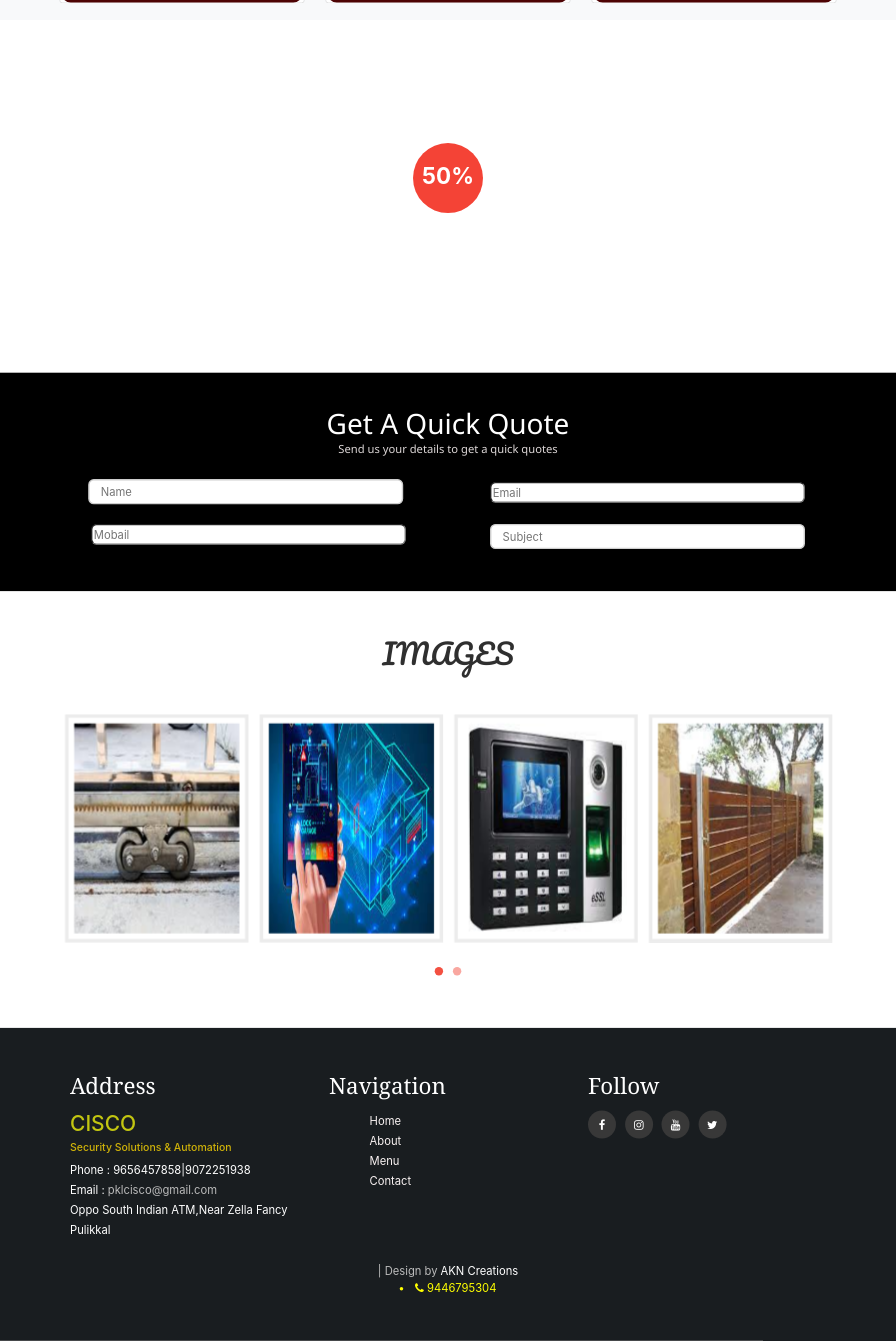
Repository: Nuhman123/Cisco
Page: index.html
These files come from the project's save history. The page is drawn as it stood at one moment and after a run of saves; the edit follows.
The browser window is 1280 px wide. The pictures show the part of the page from y = 1888 to 3808 px (the page is 3804 px tall before and 3808 px after), at 70% of full size.

Above is the page before, as saved 2021-04-10 16:23:31.

### index.html
<!--A Design by W3layouts
Author: W3layout
Author URL: http://w3layouts.com
License: Creative Commons Attribution 3.0 Unported
License URL: http://creativecommons.org/licenses/by/3.0/
-->
<!DOCTYPE html>
<html lang="en">
<head>
<title>CISCO security solutions & automation</title>
<meta name="viewport" content="width=device-width, initial-scale=1">
<meta http-equiv="Content-Type" content="text/html; charset=utf-8" />
<meta name="keywords" content="Royal Recipes Responsive web template, Bootstrap Web Templates, Flat Web Templates, Android Compatible web template,
Smartphone Compatible web template, free webdesigns for Nokia, Samsung, LG, SonyEricsson, Motorola web design" />
<script type="application/x-javascript"> addEventListener("load", function() { setTimeout(hideURLbar, 0); }, false); function hideURLbar(){ window.scrollTo(0,1); } </script>
<!-- bootstrap-css -->
<link href="css/bootstrap.css" rel="stylesheet" type="text/css" media="all" />
<!--// bootstrap-css -->
<!-- css -->
<link rel="stylesheet" href="css/style.css" type="text/css" media="all" />
<!--// css -->
<link rel="stylesheet" href="css/owl.carousel.css" type="text/css" media="all">
<link href="css/owl.theme.css" rel="stylesheet">
<!-- font-awesome icons -->
<link href="css/font-awesome.css" rel="stylesheet">
<!-- //font-awesome icons -->
<!-- font -->
<link href='//fonts.googleapis.com/css?family=Pacifico' rel='stylesheet' type='text/css'>
<link href='//fonts.googleapis.com/css?family=Open+Sans+Condensed:300,300italic,700' rel='stylesheet' type='text/css'>
<!-- //font -->
<script src="js/jquery-1.11.1.min.js"></script>
<script src="js/bootstrap.js"></script>
<script src="https://maxcdn.bootstrapcdn.com/bootstrap/4.0.0/js/bootstrap.min.js" integrity="sha384-JZR6Spejh4U02d8jOt6vLEHfe/JQGiRRSQQxSfFWpi1MquVdAyjUar5+76PVCmYl" crossorigin="anonymous"></script>
<link rel="stylesheet" href="https://maxcdn.bootstrapcdn.com/bootstrap/4.0.0/css/bootstrap.min.css" integrity="sha384-Gn5384xqQ1aoWXA+058RXPxPg6fy4IWvTNh0E263XmFcJlSAwiGgFAW/dAiS6JXm" crossorigin="anonymous">
<!-- light-box -->
<link rel="stylesheet" href="css/lightbox.css">
<!-- //light-box -->
<script src="js/SmoothScroll.min.js"></script>
<!--search jQuery-->
<script src="js/main.js"></script>
<!--//search jQuery-->
<script type="text/javascript">
	jQuery(document).ready(function($) {
		$(".scroll").click(function(event){
			event.preventDefault();
			$('html,body').animate({scrollTop:$(this.hash).offset().top},1000);
		});
	});
</script>

<script>
$(document).ready(function() {
	$("#owl-demo").owlCarousel({

		autoPlay: 3000, //Set AutoPlay to 3 seconds
		autoPlay:true,
		items : 4,
		itemsDesktop : [640,5],
		itemsDesktopSmall : [414,4]

	});

});
</script>
</head>
<body>
	<header class="header-1">
		<div class="container">
			<div class="row">
		<div class="col-xs-3">
			<img src="images/csc0log.png">
		</div>
		<div class="col-xs-5">
			<h1>CISCO</h1>
			<p>Security Solutions & Automation</p>
		</div>
		<div class="col-xs-4">
		<nav class="navbar navbar-expand-lg navbar-light">
			<button style="background-color:white;margin-top: 18px;" class="navbar-toggler" type="button" data-toggle="collapse" data-target="#navbarNavAltMarkup" aria-controls="navbarNavAltMarkup" aria-expanded="false" aria-label="Toggle navigation">
			  <span class="navbar-toggler-icon"></span>
			</button>
			<div class="collapse navbar-collapse" id="navbarNavAltMarkup" style="background-color: rgb(5, 7, 6);margin-top: 17px;">
			  <div class="navbar-nav text-center">
				<a class="nav-item nav-link active" href="index.html" style="color: white;">Home <span class="sr-only">(current)</span></a>
				<a class="nav-item nav-link" href="#services" style="color: white;">Services</a>
				<a class="nav-item nav-link" href="menu.html" style="color: white;z-index: 10;">Menu</a>
				<a class="nav-item nav-link" href="about.html" style="color: white;z-index: 10;">About</a>
				<a class="nav-item nav-link" href="contact.html" style="color: white;z-index: 10;">Condact</a>
			  </div>
			</div>
		  </nav>
		</div>
			</div>
		</div>
	</header>
	<!-- banner -->
	<div class="banner">
		<div class="header">
			<div class="container">
				<div class="logo">

				</div>
				<div class="clearfix"> </div>
			</div>
		</div>
		<div class="banner-slider">
			<div class="container">
				<div class="slider">
					<div class="callbacks_container">
						<ul class="rslides callbacks callbacks1" id="slider4">
							<li>
								<div class="agileits-banner-info">
									<img src="images/csc0log.png">
									<h3>CISCO</h3>
									<h5>Security Solutions & Automation</h5>
									<p>CCTV Installation,EPBAX,Home Automation,Automatic Gate,Video Door Phone,Access Control System,Security Alarm System,Solar System,Biometric AttendanceSystem</p>
									<a href="#services">Services</a>

								</div>
							</li>
							<li>
								<div class="agileits-banner-info">
									<h3>CCTV<br> Installation</h3>
									<p>CCTV Installation,EPBAX,Home Automation,Automatic Gate,Video Door Phone,Access Control System,Security Alarm System,Solar System,Biometric AttendanceSystem</p>
									<a href="#services">Services</a>

								</div>
							</li>
							<li>
								<div class="agileits-banner-info">
									<img src="images/csc0log.png">
									<h3>CISCO</h3>
									<p>CCTV Installation,EPBAX,Home Automation,Automatic Gate,Video Door Phone,Access Control System,Security Alarm System,Solar System,Biometric AttendanceSystem</p>
									<a href="#services">Services</a>
								</div>
							</li>
						</ul>
						<div class="social text-center">
							<ul>
								<li><a href="https://www.facebook.com/cisco_security_solutions-101064504984043/"><i class="fa fa-facebook"></i></a></li>
								<li><a href="https://www.instagram.com/cisco_security_solutions?r=nametag"><i class="fa fa-instagram"></i></a></li>
								<li><a href="https://youtube.com/channel/UCSI_CHHL5nW7fggODaksUw"><i class="fa fa-youtube"></i></a></li>
								<li><a href="https://twitter.com"><i class="fa fa-twitter"></i></a></li>
							</ul>
						</div>
					</div>
					<script src="js/responsiveslides.min.js"></script>
					<script>
						// You can also use "$(window).load(function() {"
						$(function () {
						  // Slideshow 4
						  $("#slider4").responsiveSlides({
							auto: true,
							pager:true,
							nav:false,
							speed: 500,
							namespace: "callbacks",
							before: function () {
							  $('.events').append("<li>before event fired.</li>");
							},
							after: function () {
							  $('.events').append("<li>after event fired.</li>");
							}
						  });

						});
					 </script>
					<!--banner Slider starts Here-->
				</div>
			</div>
		</div>
	</div>
	<!-- banner -->
	<!-- services -->
	<section class="bg-light p-4 mt-5" id="services">
		<div class="container">
		  <h1 class="services text-center">Our Services</h1>
		  <div class="row">
			<div class="col-lg-4 col-md-6 pt-3">
			  <div class="card text-center">
				<div class="card-body">
				  <h5 class="card-title">CCTV Installation</h5>
				  <p class="card-text">
					CCTV systems may operate continuously or only as required to monitor a particular event. A more advanced form of CCTV, using digital video recorders (DVRs), provides recording for possibly many years, with a variety of quality and performance options and extra features (such as motion detection and email alerts).
					</p>
				</div>
			  </div>
			</div>
			<div class="col-lg-4 col-md-6 pt-3">
			  <div class="card text-center ">

				<div class="card-body">
				  <h5 class="card-title">EPBAX</h5>
				  <p class="card-text">EPABX stands for Electronic Private Automatic Branch Exchange which is a private telephone network used by the organizations and the companies for various types of communication, either between the employees or outside the clients.</p>
				</div>
			  </div>
			</div>
			<div class="col-lg-4 col-md-6 pt-3">
			  <div class="card text-center ">

				<div class="card-body">
				  <h5 class="card-title">Home Automation</h5>
				  <p class="card-text"> home automation system integrates all the electrical devices in the house with each other, it includes centralized control of lighting, HVAC(Heat, ventilation and air conditioning) appliances, security locks and other systems to improve comfort, conveniences, security and energy efficiency.</p>
				</div>
			  </div>
			</div>
			<div class="col-lg-4 col-md-6 pt-3">
			  <div class="card text-center">
				<div class="card-body">
				  <h5 class="card-title">Automatic Gate</h5>
				  <p class="card-text"></p>
				</div>
			  </div>
			</div>
			<div class="col-lg-4 col-md-6  pt-3">
			  <div class="card text-center">
				<div class="card-body">
				  <h5 class="card-title">Video Door Phone</h5>
				  <p class="card-text">video door phone lets you see and communicate with the visitor without being physically present on the door. After knowing the purpose of visit and if required, you can choose to open the door or keep it closed. So, the video door phone is a great system to ensure the safety and security of your family and home.</p>
				</div>
			  </div>
			</div>
			<div class="col-lg-4 col-md-6  pt-3">
			  <div class="card text-center ">
				<div class="card-body">
				  <h5 class="card-title">Access Control System</h5>
				  <p class="card-text"></p>
				</div>
			  </div>
			</div>
			<div class="col-lg-4 col-md-6  pt-3">
				<div class="card text-center ">
				  <div class="card-body">
					<h5 class="card-title">Security Alarm System</h5>
					<p class="card-text"></p>
				  </div>
				</div>
			  </div>
			  <div class="col-lg-4 col-md-6  pt-3">
				<div class="card text-center ">
				  <div class="card-body">
					<h5 class="card-title">Solar System</h5>
					<p class="card-text">The Solar System is made up of all the planets that orbit our Sun. In addition to planets, the Solar System also consists of moons, comets, asteroids, minor planets, dust and gas. The inner solar system contains the Sun, Mercury, Venus, Earth and Mars. ... Everything in the Solar System orbits or revolves around the Sun.</p>
				  </div>
				</div>
			  </div>
			  <div class="col-lg-4 col-md-6  pt-3">
				<div class="card text-center ">
				  <div class="card-body">
					<h5 class="card-title">Biometric Attendance System</h5>
					<p class="card-text"></p>
				  </div>
				</div>
			  </div>
		  </div>
		</div>
	  </section>
	<!-- //services -->
	<!-- offer -->
	<div class="jarallax offer">
		<div class="container">
			<div class="w3l-offer-heading">
				<h3>Today Offers</h3>
			</div>
			<div class="w3ls-offer-slider">
				<div class="slider">
					<div class="callbacks_container">
						<ul class="rslides callbacks callbacks1" id="slider3">
							<li>
								<div class="agileinfo-offer-grid">
									<h4>45<span>%</span></h4>
									<h5>Pork Vindaloo</h5>
									<p>Quisque scelerisque rutrum nunc, eget hendrerit diam porta efficitur. Duis bibendum consequat est, sed efficitur arcu. Morbi viverra, leo sit amet vestibulum dignissim, tortor est dignissim dolor, eu accumsan est urna id felis. </p>
								</div>
							</li>
							<li>
								<div class="agileinfo-offer-grid">
									<h4>50%</h4>
									<h5>Phaal Curry</h5>
									<p>Vestibulum euismod porttitor interdum. Vivamus porta consectetur nulla porttitor hendrerit. Pellentesque ultrices augue ut nibh feugiat, nec egestas orci cursus. Sed vehicula quis erat sed lobortis. Curabitur eleifend sit amet.</p>
								</div>
							</li>
							<li>
								<div class="agileinfo-offer-grid">
									<h4>64%</h4>
									<h5>Laal Maas</h5>
									<p>Aenean volutpat auctor ultrices. Aliquam ac turpis ultrices, porta enim at, interdum velit. Ut ligula justo, sodales eu nisi a, molestie dictum leo. Sed blandit porta ante, at consequat nulla fermentum a. Donec aliquet tristique.</p>
								</div>
							</li>
						</ul>
					</div>
					<script>
						// You can also use "$(window).load(function() {"
						$(function () {
						  // Slideshow 4
						  $("#slider3").responsiveSlides({
							auto: true,
							pager:false,
							nav:false,
							speed: 500,
							namespace: "callbacks",
							before: function () {
							  $('.events').append("<li>before event fired.</li>");
							},
							after: function () {
							  $('.events').append("<li>after event fired.</li>");
							}
						  });

						});
					 </script>
					<!--banner Slider starts Here-->
				</div>
			</div>
			<script src="js/jarallax.js"></script>
		</div>
	</div>
	<!-- //offer -->
	<section class="form-quote">
		<div class="container">
		<div class="contact-form">
			<h3>Get A Quick Quote</h3>
			<p class="" >Send us your details to get a quick quotes</p>
			<form>
				<div class="row"align="center">
					<div class="col-xs-12 col-sm-12 col-md-12 col-lg-6">
						<input type="text" placeholder="Name" style="width: 450px;background: white;height: 30px;border-radius: 8px;">
					</div>
					<div class="col-xs-12 col-sm-12 col-md-12 col-lg-6">
						<input type="email" placeholder="Email" style="width: 450px;background: white;margin: 4px; height: 30px;border-radius: 8px;">
					</div>
					<div class="col-xs-12 col-sm-12 col-md-12 col-lg-6">
						<input type="tel" placeholder="Mobail" style="width: 450px;background: white;margin: 12px; height: 30px;border-radius: 8px;">
					</div>
					<div class="col-xs-12 col-sm-12 col-md-12 col-lg-6">
						<input type="text" placeholder="Subject" style="width: 450px;background: white;margin: 12px; height: 30px;border-radius: 8px;">
					</div>
				</div>
			  </form>
		</div>
			</div>
	</section>
	<!-- special -->
	<div class="special">
		<div class="container">
			<div class="wthree-special-heading">
				<h3>IMAGES</h3>
			</div>
			<div class="special-grids">
				<div id="owl-demo" class="owl-carousel owl-theme">
						<div class="item">
							<div class="w3-agileits-special-grid-info">
								<img src="images/289c9c264087cddc084383969cd6e19f.jpg" alt="" />
							</div>
						</div>
						<div class="item">
							<div class="w3-agileits-special-grid-info">
								<img src="images/ghy.jfif" alt="" />

							</div>
						</div>
						<div class="item">
							<div class="w3-agileits-special-grid-info">
								<img src="images/h automations.jfif" alt="" />

							</div>
						</div>
						<div class="item">
							<div class="w3-agileits-special-grid-info">
								<img src="images/bio2.jfif" alt="" />
							</div>
						</div>
						<div class="item">
							<div class="w3-agileits-special-grid-info">
								<img src="images/guf.jfif" alt="" />

							</div>
						</div>
						<div class="item">
							<div class="w3-agileits-special-grid-info">
								<img src="images/epbax.jpeg" alt="" />

							</div>
						</div>
						<div class="item">
							<div class="w3-agileits-special-grid-info">
								<img src="images/h automations.jfif4.jfif" alt="" />

							</div>
						</div>
						<div class="item">
							<div class="w3-agileits-special-grid-info">
								<img src="images/cctv3.jpg" alt="" />

							</div>
						</div>
				</div>
			</div>
		</div>
	</div>
	<!-- //special -->
	<!-- footer -->
	<div class="w3-agile-footer">
		<div class="container">
			<div class="footer-grids">
				<div class="col-md-4 footer-grid">
					<div class="footer-grid-heading">
						<h4>Address</h4>
					</div>
					<div class="footer-grid-info">
						<h1 class="">CISCO</h1>
					<h4 class="">Security Solutions & Automation</h4>
					</di>
					<p class="phone">Phone : 9656457858|9072251938
						<span>Email : <a href="pklcisco@gmail.com">pklcisco@gmail.com</a></span>
					</p>
					<p>Oppo South Indian ATM,Near Zella Fancy 	Pulikkal </p>
				</div>

				</div>
				<div class="col-md-4 footer-grid">
					<div class="footer-grid-heading">
						<h4>Navigation</h4>
					</div>
					<div class="footer-grid-info">
						<ul class="">
							<li><a href="index.html">Home</a></li>
							<li><a href="about.html">About</a></li>
							<li><a href="menu.html">Menu</a></li>
							<li><a href="contact.html">Contact</a></li>
						</ul>
					</div>
				</div>
				<div class="col-md-4 footer-grid">
					<div class="footer-grid-heading">
						<h4>Follow</h4>
					</div>
					<div class="social">
						<ul>
							<li><a href="https://www.facebook.com/cisco_security_solutions-101064504984043/"><i class="fa fa-facebook"></i></a></li>
							<li><a href="https://www.instagram.com/cisco_security_solutions?r=nametag"><i class="fa fa-instagram"></i></a></li>
							<li><a href="https://youtube.com/channel/UCSI_CHHL5nW7fggODaksUw"><i class="fa fa-youtube"></i></a></li>
							<li><a href="https://twitter.com"><i class="fa fa-twitter"></i></a></li>
						</ul>
					</div>
				<div class="clearfix"> </div>
			</div>
		</div>
	</div>
	<div class="agileits-w3layouts-copyright">
		<p>| Design by <a href=""> AKN Creations </a> </p>
		<li style="color: yellow;"><i  class="fa fa-phone" aria-hidden="true"></i> 9446795304</li>
	</div>
	</div>
	<!-- //footer -->
	<script src="js/owl.carousel.js"></script>
	<script type="text/javascript" src="js/move-top.js"></script>
	<script type="text/javascript" src="js/easing.js"></script>
	<!-- here stars scrolling icon -->
	<script type="text/javascript">
		$(document).ready(function() {
			/*
				var defaults = {
				containerID: 'toTop', // fading element id
				containerHoverID: 'toTopHover', // fading element hover id
				scrollSpeed: 1200,
				easingType: 'linear'
				};
			*/

			$().UItoTop({ easingType: 'easeOutQuart' });

			});
	</script>
<!-- //here ends scrolling icon -->
<script type="text/javascript">
			/* init Jarallax */
			$('.jarallax').jarallax({
				speed: 0.5,
				imgWidth: 1366,
				imgHeight: 768
			})
		</script>
</body>
</html>

Loaded but not shown: css/bootstrap.css (library); css/owl.carousel.css (common file); css/owl.theme.css (common file); css/font-awesome.css (library); js/jquery-1.11.1.min.js (library); js/bootstrap.js (library); css/lightbox.css (library); js/SmoothScroll.min.js (library); js/responsiveslides.min.js (library); js/owl.carousel.js (library); js/jarallax.js (433 lines, source omitted); js/easing.js (140 lines, source omitted); js/main.js (100 lines, source omitted); js/move-top.js (5 lines, source omitted); css/style.css (2111 lines, source omitted)

After the next 3 saves:
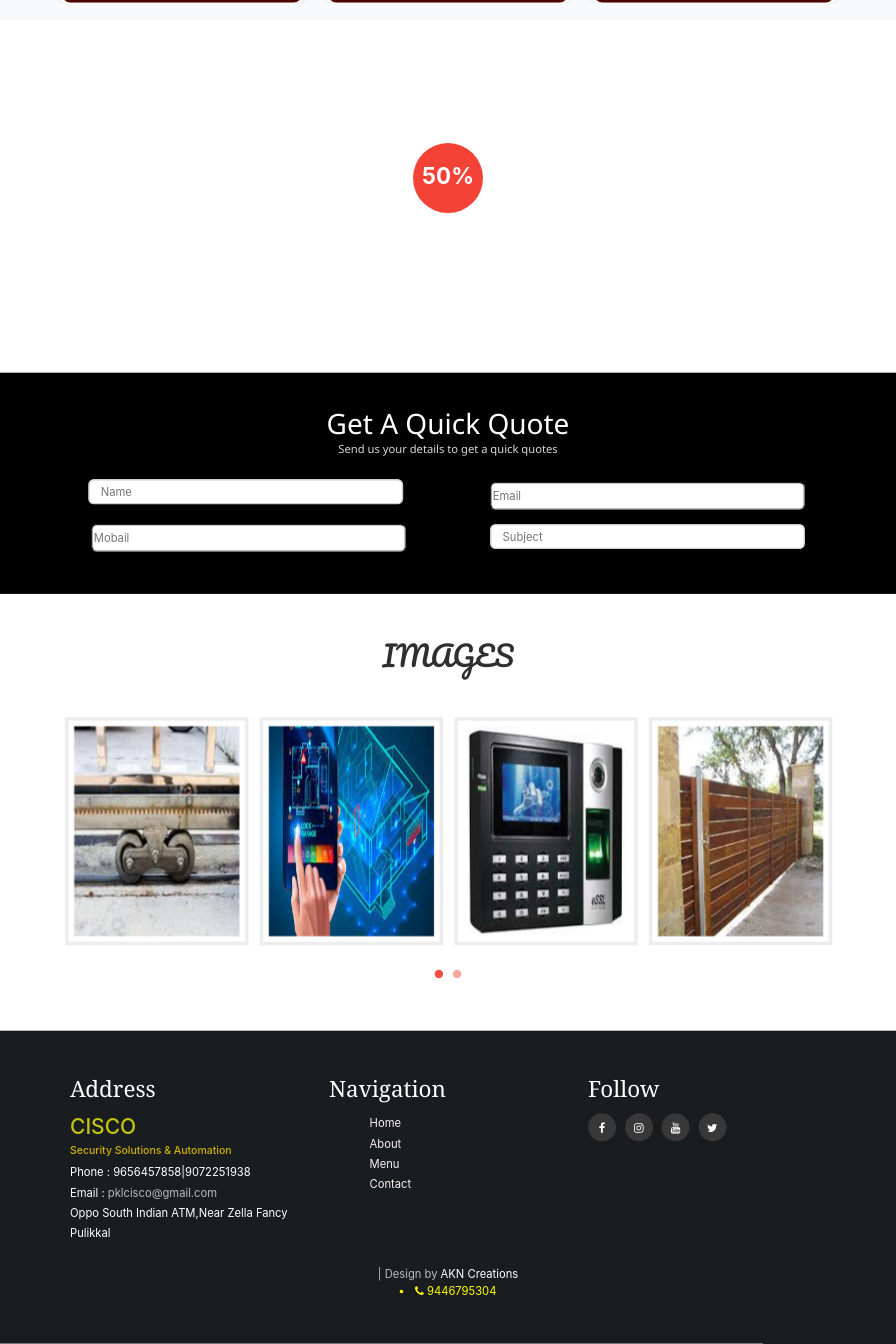
The 3 saves are shown as one change because they came seconds apart.
The last was saved 18 s later.
--- a/index.html
+++ b/index.html
@@ -327,10 +327,10 @@
 						<input type="text" placeholder="Name" style="width: 450px;background: white;height: 30px;border-radius: 8px;">
 					</div>
 					<div class="col-xs-12 col-sm-12 col-md-12 col-lg-6">
-						<input type="email" placeholder="Email" style="width: 450px;background: white;margin: 4px; height: 30px;border-radius: 8px;">
+						<input type="email" placeholder="Email" style="width: 450px;background: white;margin: 4px; height: 40px;border-radius: 8px;">
 					</div>
 					<div class="col-xs-12 col-sm-12 col-md-12 col-lg-6">
-						<input type="tel" placeholder="Mobail" style="width: 450px;background: white;margin: 12px; height: 30px;border-radius: 8px;">
+						<input type="tel" placeholder="Mobail" style="width: 450px;background: white;margin: 12px; height: 40px;border-radius: 8px;">
 					</div>
 					<div class="col-xs-12 col-sm-12 col-md-12 col-lg-6">
 						<input type="text" placeholder="Subject" style="width: 450px;background: white;margin: 12px; height: 30px;border-radius: 8px;">
